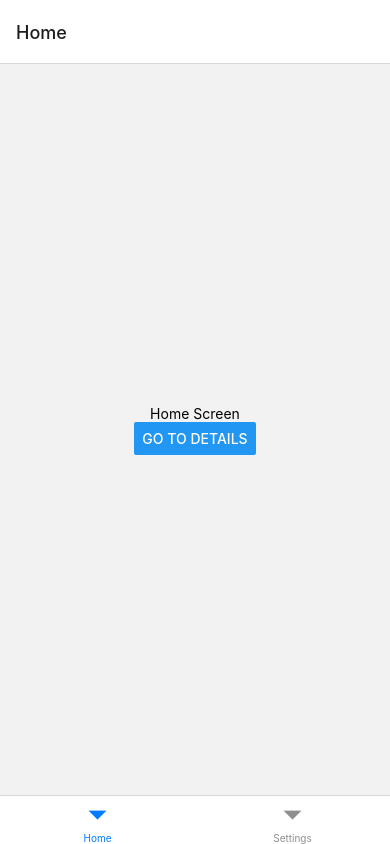
Repository: Waikato153/AwesomeProject
Screen: /
These files come from the project's save history. The screen is drawn as it stood at one moment and after the next save; the edit follows.
The app was drawn by React Native's web renderer in a window 390 px wide. The project was rebuilt for these pictures with package versions that can differ from the ones it lists, and the page was loaded fresh each time.

Above is the screen before, as saved 2024-02-27 21:01:49.

### App.js
import * as React from 'react';
import { Text, View } from 'react-native';
import { NavigationContainer } from '@react-navigation/native';
import { createBottomTabNavigator } from '@react-navigation/bottom-tabs';


import HomeScreen from './screens/HomeScreen';


function SettingsScreen() {
  return (
    <View style={{ flex: 1, justifyContent: 'center', alignItems: 'center' }}>
      <Text>Settings!</Text>
    </View>
  );
}

const Tab = createBottomTabNavigator();

function MyTabs() {
  return (
    <Tab.Navigator>
      <Tab.Screen name="Home" component={HomeScreen} />
      <Tab.Screen name="Settings" component={SettingsScreen} />
    </Tab.Navigator>
  );
}

export default function App() {
  return (
    <NavigationContainer>
      <MyTabs />
    </NavigationContainer>
  );
}

### screens/HomeScreen.js
import React from 'react';
import { Button,View, Text, StyleSheet } from 'react-native';


function HomeScreen({ navigation }) {
  return (
    <View style={{ flex: 1, alignItems: 'center', justifyContent: 'center' }}>
      <Text>Home Screen</Text>
      <Button
        title="Go to Details"
        onPress={() => navigation.navigate('Settings')}
      />
    </View>
  );
}

export default HomeScreen;

After the next save:
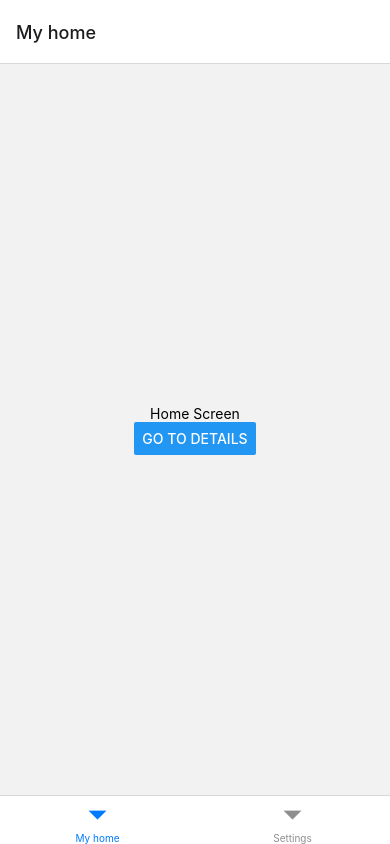
Saved 74 s later.
--- a/App.js
+++ b/App.js
@@ -20,7 +20,7 @@ const Tab = createBottomTabNavigator();
 function MyTabs() {
   return (
     <Tab.Navigator>
-      <Tab.Screen name="Home" component={HomeScreen} />
+      <Tab.Screen name="Home" component={HomeScreen} options={{ title: 'My home' }} />
       <Tab.Screen name="Settings" component={SettingsScreen} />
     </Tab.Navigator>
   );
